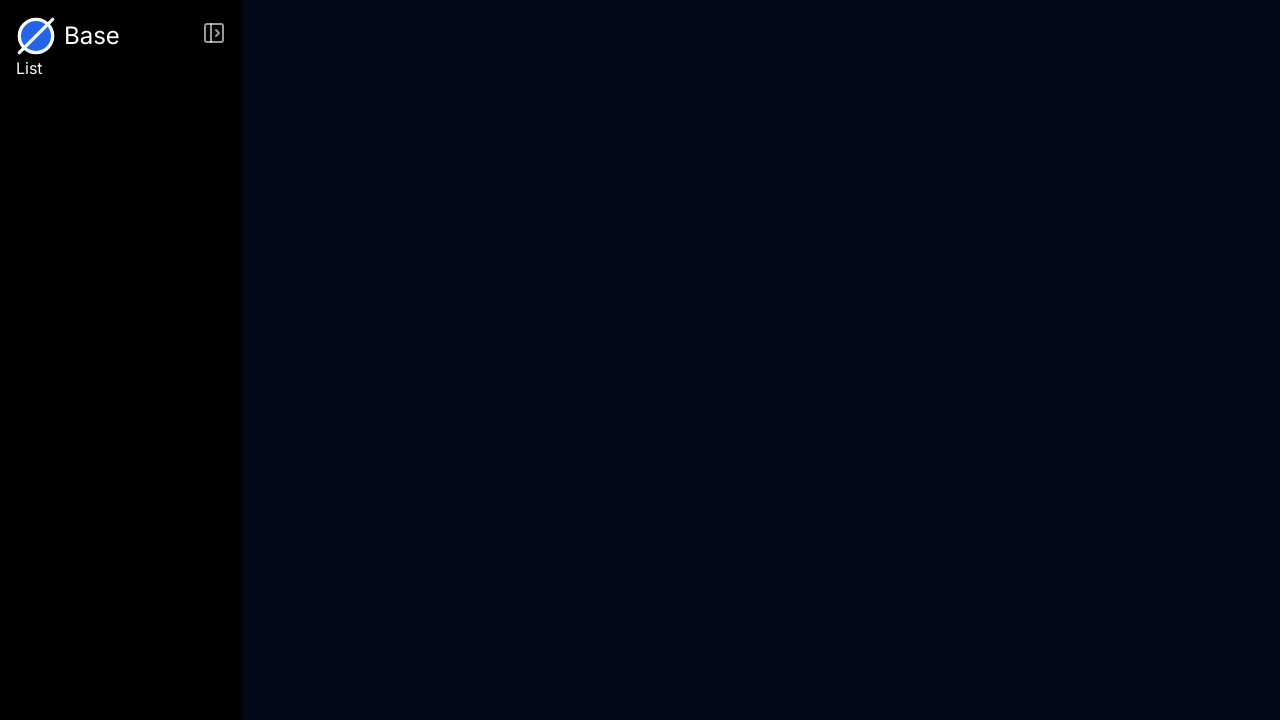
Repository: Hardyy00/openinapp_assignment
Page: /upload
These files come from the project's save history. The page is drawn as it stood at one moment and after the next save; the edit follows.
The browser window is 1280 px wide. The pictures show the whole page.
The project was rebuilt for these pictures with package versions that can differ from the ones it lists, and the page was loaded fresh each time. The framework's server and built-in components were replaced by stand-ins that run in the browser. Also part of the build but not shown: next.config.mjs.

Above is the page before, as saved 2024-08-23 21:18:05.

After the next save:
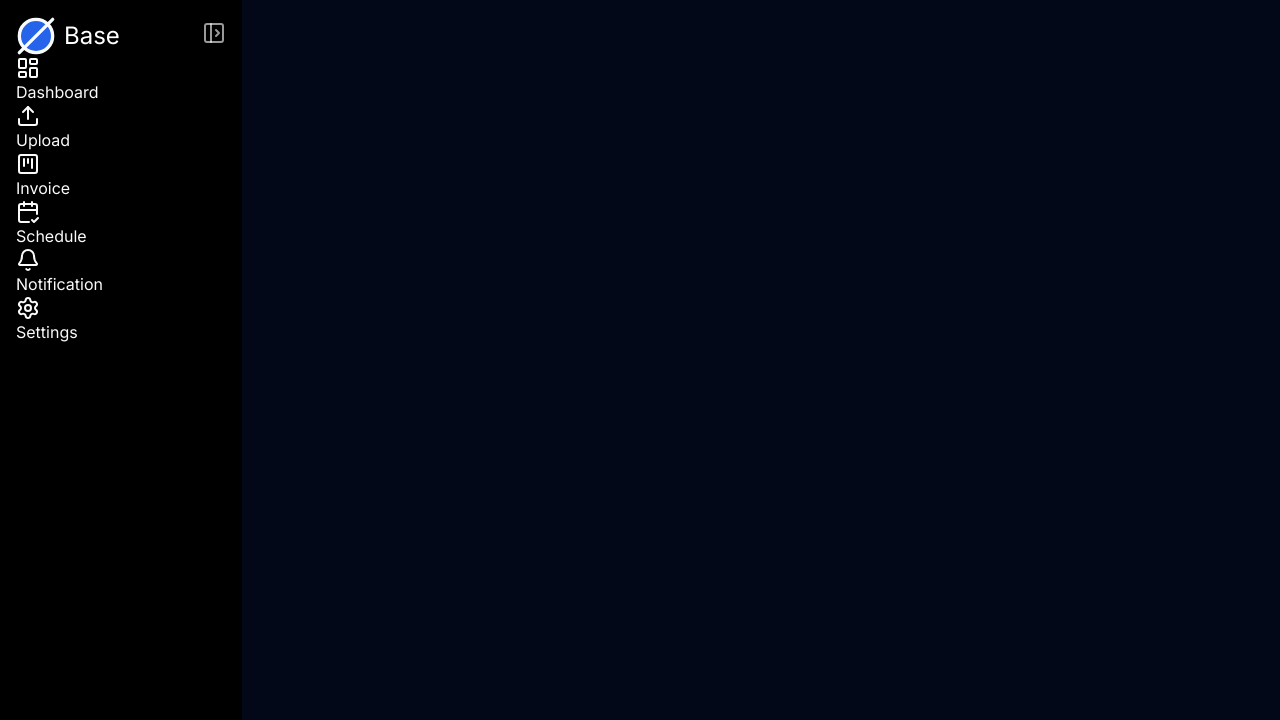
Saved 36 s later.
--- a/app/(browse)/_components/nav-list.tsx
+++ b/app/(browse)/_components/nav-list.tsx
@@ -6,6 +6,7 @@ import {
   SquareKanban,
   Upload,
 } from "lucide-react";
+import { NavItem } from "./nav-item";
 
 export const NavList: React.FC = () => {
   const links = [
@@ -28,5 +29,11 @@ export const NavList: React.FC = () => {
 
     { label: "Settings", path: "/settings", icon: Settings },
   ];
-  return <div>List</div>;
+  return (
+    <div>
+      {links.map((item, i) => (
+        <NavItem key={i} {...item} />
+      ))}
+    </div>
+  );
 };
